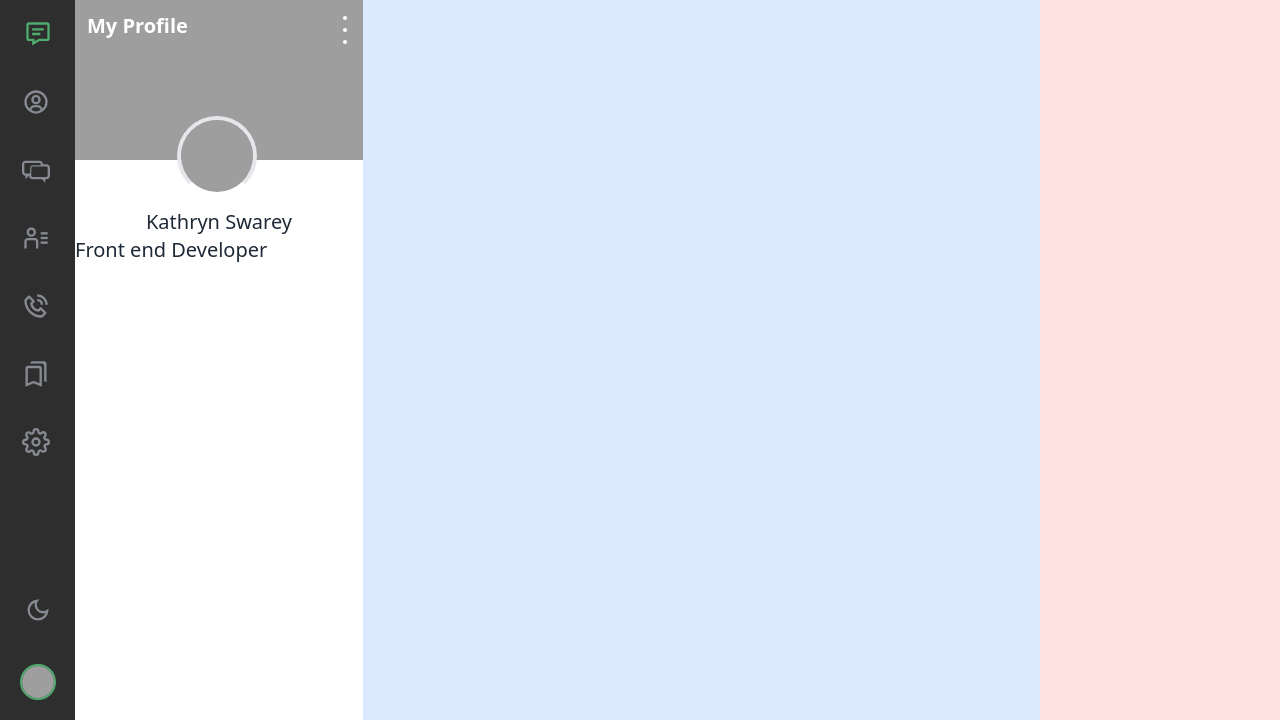
Repository: satya-ranjon/Chat-app
Page: /
These files come from the project's save history. The page is drawn as it stood at one moment and after the next save; the edit follows.
The browser window is 1280 px wide. The pictures show the whole page.
Pictures or frames that could not be fetched are drawn as grey boxes. The project was rebuilt for these pictures with package versions that can differ from the ones it lists, and the page was loaded fresh each time.

Above is the page before, as saved 2022-03-31 03:50:05.

After the next save:
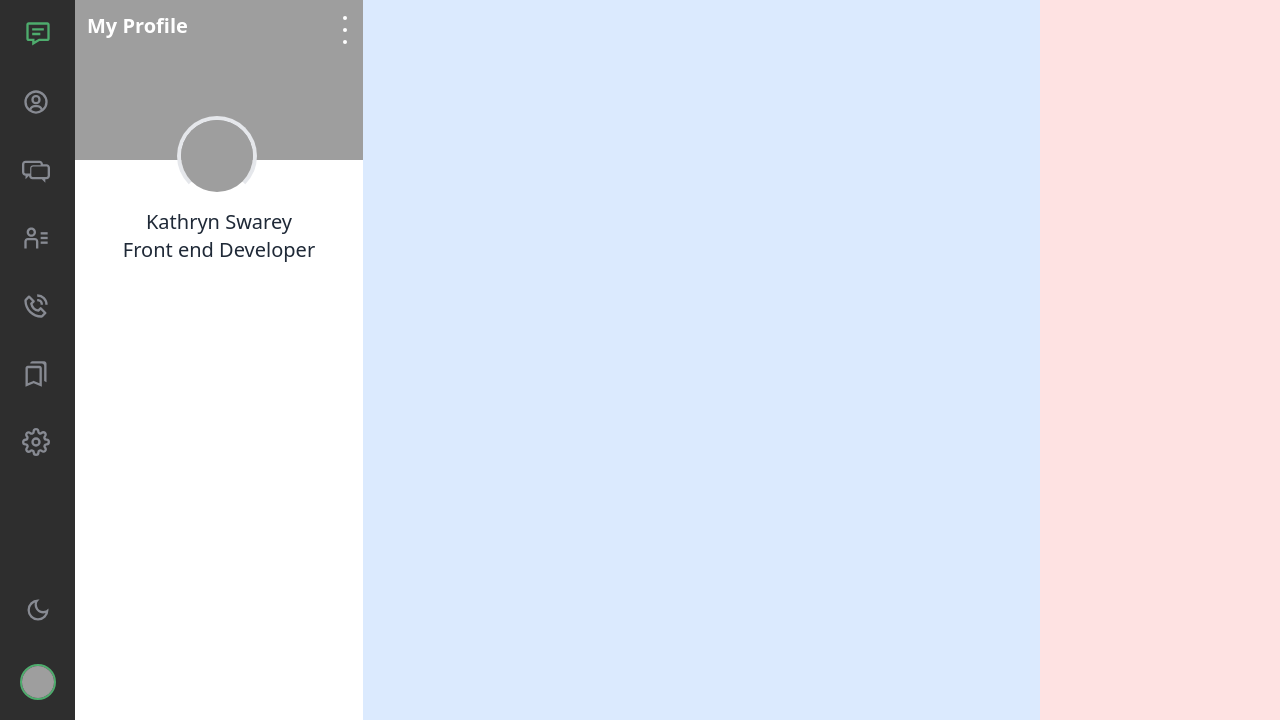
Saved 15 s later.
--- a/src/components/MyProfile/MyProfile.jsx
+++ b/src/components/MyProfile/MyProfile.jsx
@@ -20,9 +20,7 @@ export default function MyProfile() {
           </div>
         </div>
         <p className="text-xl text-gray-800 text-center">Kathryn Swarey</p>
-        <span className="text-xl text-gray-800 text-center">
-          Front end Developer
-        </span>
+        <p className="text-xl text-gray-800 text-center">Front end Developer</p>
       </div>
     </div>
   );
